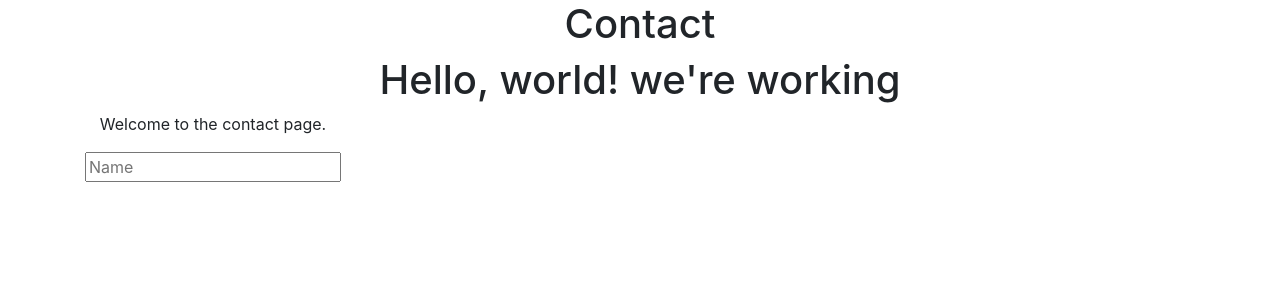
Repository: mjmaix/django101
Page: http://localhost/contact/
The author's editor kept a copy of each file at every save. The page is drawn from the files as they stood at one save, then again after the next save.
The browser window is 1280 px wide. The pictures show the whole page.
Some web libraries are served in a nearby version. The page is served by the project's application, run on Django 2.2 (ecommerce/src/manage.py). Other server files are loaded and not shown.

Above is the page before, as saved 2018-03-31 22:38:34.

### ecommerce/src/ecommerce/views.py
from django.http import HttpResponse
from django.shortcuts import render

def home_page(request):
    context = {
        "title":"Hello World!",
        "content":"Welcome to the homepage."
    }
    return render(request, "home_page.html", context)

def about_page(request):
    context = {
        "title":"About",
        "content":"Welcome to the about page."
    }
    return render(request, "home_page.html", context)

def contact_page(request):
    context = {
        "title":"Contact",
        "content":"Welcome to the contact page."
    }
    return render(request, "contact/view.html", context)

### ecommerce/src/templates/contact/view.html
<!doctype html>
<html lang="en">
<head>
    <!-- Required meta tags -->
    <meta charset="utf-8">
    <meta name="viewport" content="width=device-width, initial-scale=1, shrink-to-fit=no">

    <!-- Bootstrap CSS -->
    <link rel="stylesheet" href="https://maxcdn.bootstrapcdn.com/bootstrap/4.0.0/css/bootstrap.min.css" integrity="sha384-Gn5384xqQ1aoWXA+058RXPxPg6fy4IWvTNh0E263XmFcJlSAwiGgFAW/dAiS6JXm" crossorigin="anonymous">

    <title>Hello, world!</title>
</head>
<body>
    <dive class='text-center'>
        <h1>{{ title }}</h1>
        <h1>Hello, world! we're working</h1>
    </div>

    <div class='container'>
        <div class='row'>
            <div class='column'>
                <p>{{ content }}</p>
                <form>
                    <div class='col-sm-6 col-12'>
                        <input class='form control' type='text' placeholder="Name" name='full_name' />
                    </div>
                </form>
            </div>
        </div>
    </div>

    <!-- Optional JavaScript -->
    <!-- jQuery first, then Popper.js, then Bootstrap JS -->
    <script src="https://code.jquery.com/jquery-3.2.1.slim.min.js" integrity="sha384-KJ3o2DKtIkvYIK3UENzmM7KCkRr/rE9/Qpg6aAZGJwFDMVNA/GpGFF93hXpG5KkN" crossorigin="anonymous"></script>
    <script src="https://cdnjs.cloudflare.com/ajax/libs/popper.js/1.12.9/umd/popper.min.js" integrity="sha384-ApNbgh9B+Y1QKtv3Rn7W3mgPxhU9K/ScQsAP7hUibX39j7fakFPskvXusvfa0b4Q" crossorigin="anonymous"></script>
    <script src="https://maxcdn.bootstrapcdn.com/bootstrap/4.0.0/js/bootstrap.min.js" integrity="sha384-JZR6Spejh4U02d8jOt6vLEHfe/JQGiRRSQQxSfFWpi1MquVdAyjUar5+76PVCmYl" crossorigin="anonymous"></script>
</body>
</html>

### ecommerce/src/ecommerce/urls.py
"""ecommerce URL Configuration

The `urlpatterns` list routes URLs to views. For more information please see:
    https://docs.djangoproject.com/en/1.11/topics/http/urls/
Examples:
Function views
    1. Add an import:  from my_app import views
    2. Add a URL to urlpatterns:  url(r'^$', views.home, name='home')
Class-based views
    1. Add an import:  from other_app.views import Home
    2. Add a URL to urlpatterns:  url(r'^$', Home.as_view(), name='home')
Including another URLconf
    1. Import the include() function: from django.conf.urls import url, include
    2. Add a URL to urlpatterns:  url(r'^blog/', include('blog.urls'))
"""
from django.conf.urls import url
from django.contrib import admin

from .views import home_page, about_page, contact_page

urlpatterns = [
    url(r'^$', home_page),
    url(r'^about/$', about_page),
    url(r'^contact/$', contact_page),
    url(r'^admin/', admin.site.urls),
]

After the next save:
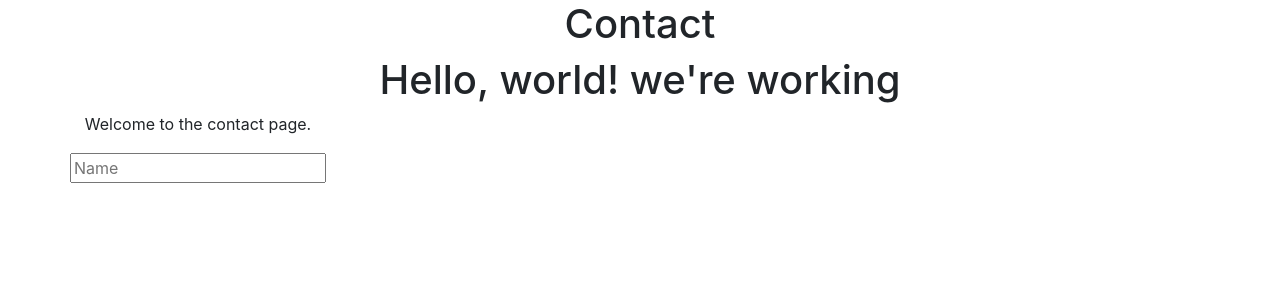
Saved 24 s later.
--- a/ecommerce/src/templates/contact/view.html
+++ b/ecommerce/src/templates/contact/view.html
@@ -20,11 +20,11 @@
         <div class='row'>
             <div class='column'>
                 <p>{{ content }}</p>
-                <form>
-                    <div class='col-sm-6 col-12'>
+                <div class='col-sm-6 col-12'></div>
+                    <form>
                         <input class='form control' type='text' placeholder="Name" name='full_name' />
-                    </div>
-                </form>
+                    </form>
+                </div>
             </div>
         </div>
     </div>
